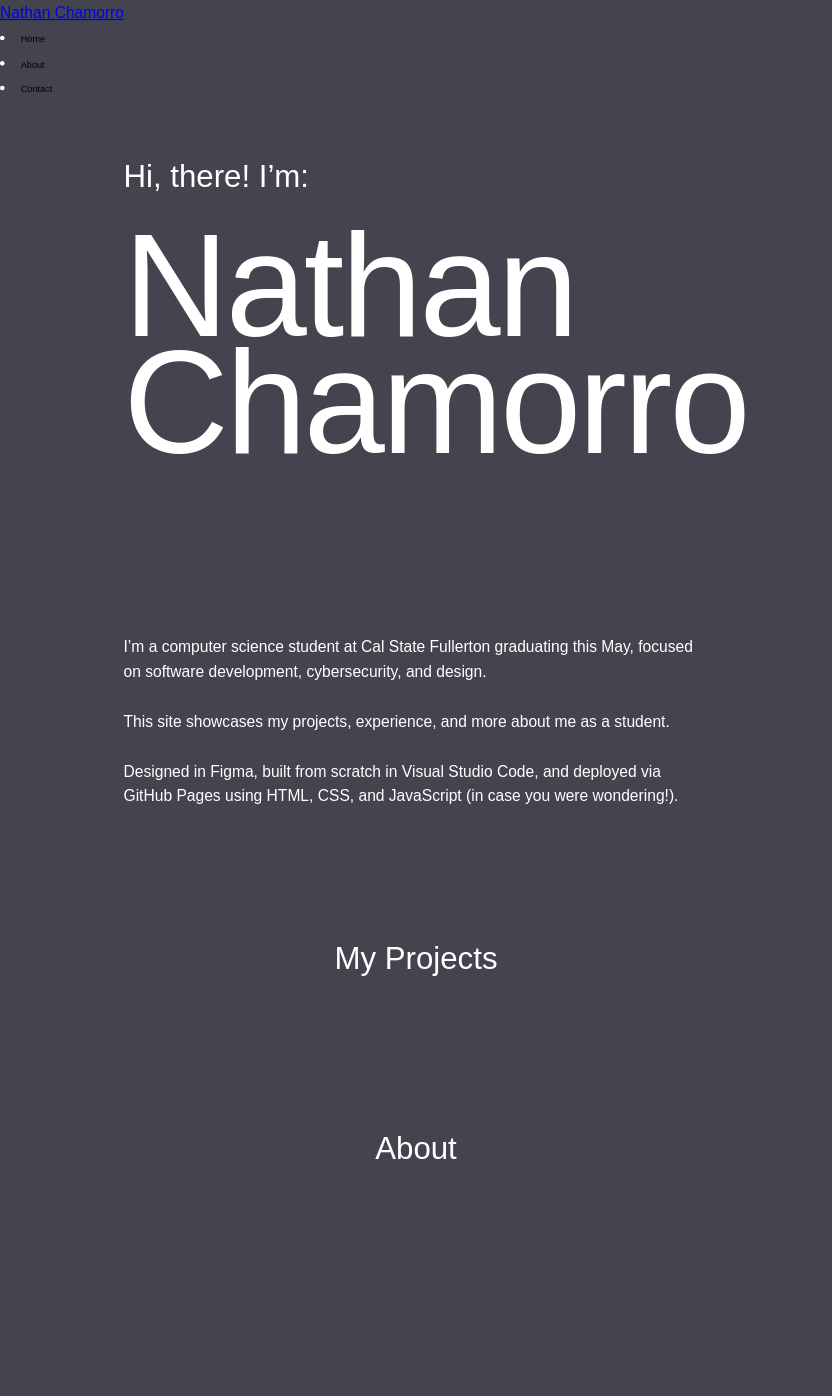
Repository: nathanchamorro1/nathanchamorro1.github.io
Page: index.html
An editor plug-in stored every save of this project. The page is shown before and after the next save, followed by the edit.
The browser window is 1280 px wide. The pictures show the whole page, at 65% of full size.
Some web fonts or font styles are not loaded; a fallback is used.

Above is the page before, as saved 2026-02-17 17:02:39.

After the next save:
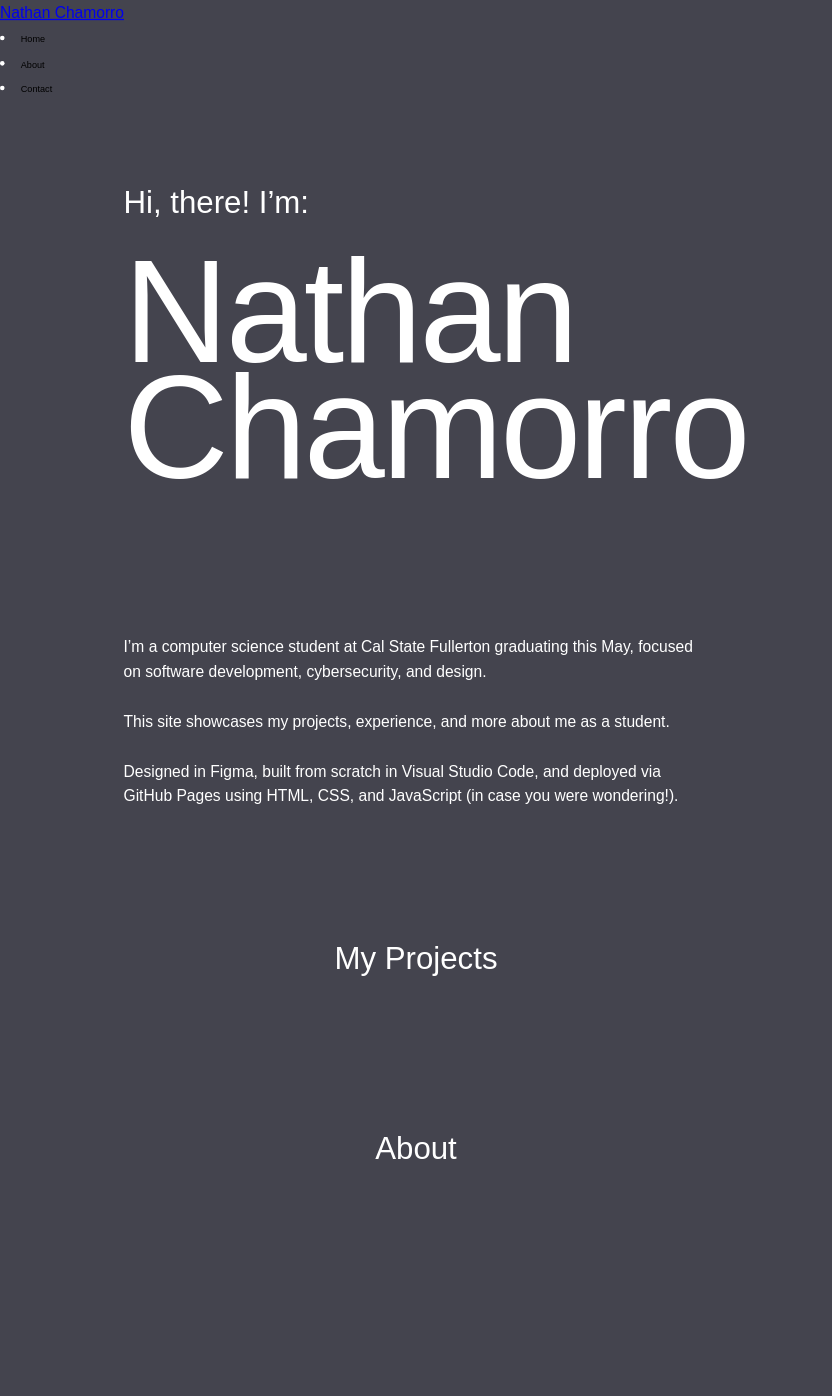
Saved 11 s later.
--- a/css/style.css
+++ b/css/style.css
@@ -49,7 +49,6 @@ h2 {
     font-size: 3rem;
     opacity: 0.8;
     margin-bottom: 40px;
-    margin-top: 0;
 }
 
 h3 {
